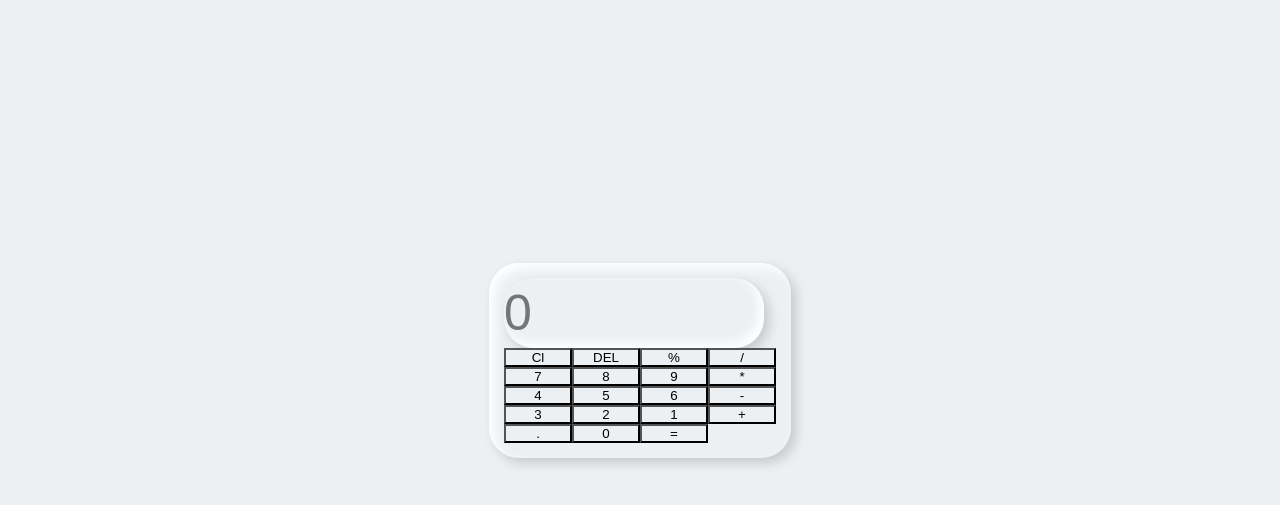
Repository: Mayur2905/OIBSIP
Page: Task-3/index.html
These files come from the project's save history. The page is drawn as it stood at one moment and after the next save; the edit follows.
The browser window is 1280 px wide. The pictures show the whole page.

Above is the page before, as saved 2022-02-02 13:51:23.

After the next save:
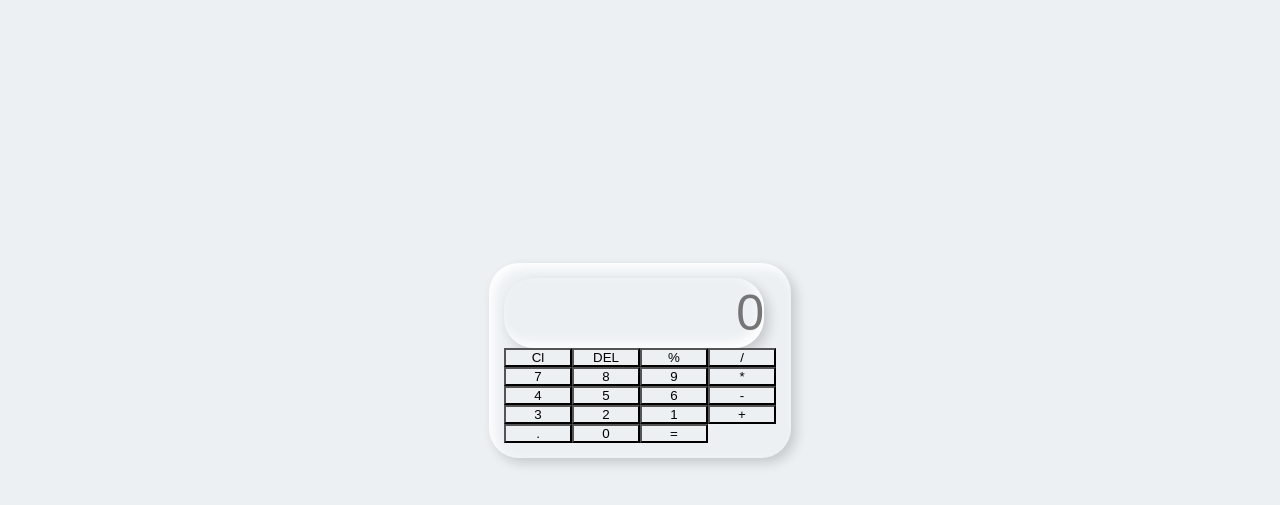
Saved 18 s later.
--- a/Task-3/style.css
+++ b/Task-3/style.css
@@ -30,4 +30,5 @@ input {
   border-radius: 30px;
   color: rgb(70, 70, 70);
   font-size: 50px;
+  text-align: end;
 }
